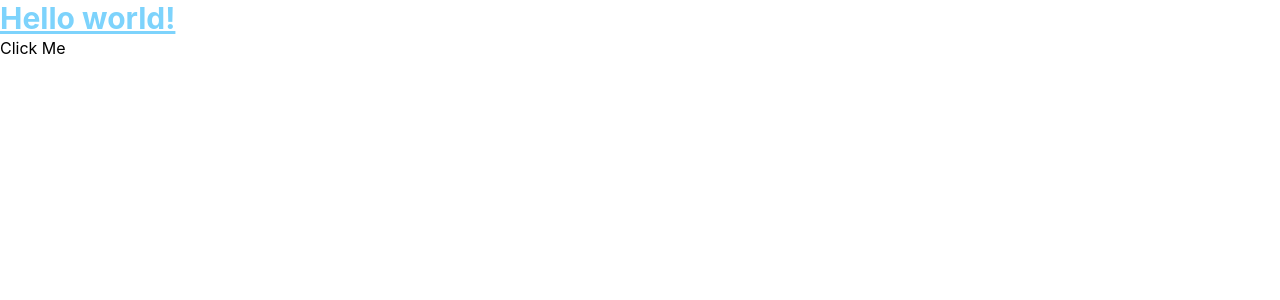
Repository: isabelleoktay/sibelle-website
Page: / (app in front-end/)
These files come from the project's save history. The page is drawn as it stood at one moment and after the next save; the edit follows.
The browser window is 1280 px wide. The pictures show the whole page.
The project was rebuilt for these pictures with package versions that can differ from the ones it lists, and the page was loaded fresh each time. Also part of the build but not shown: front-end/src/App.css.

Above is the page before, as saved 2022-11-30 14:54:50.

### front-end/src/App.js
import './App.css';
import LandingPageButton from './components/landing-page-button';

function App() {
  return (
    <div>
      <h1 className="text-3xl text-sky-300 font-bold underline">
        Hello world!
      </h1>
      <LandingPageButton url="https://www.lanadelrey.com/"/>
    </div>
  );
}

export default App;

### front-end/src/components/landing-page-button.js
import React from 'react';
import { Link } from 'react-router-dom';

const LandingPageButton = props => {
    return (
        <div>
            <button type="button">
                <a href={props.url}>Click Me</a>
            </button>
        </div>
    )
}

export default LandingPageButton;

Loaded but not shown: front-end/public/index.html (common file); front-end/src/index.js (common file); front-end/src/index.css (common file); front-end/src/reportWebVitals.js (common file); front-end/tailwind.config.js (common file)

After the next save:
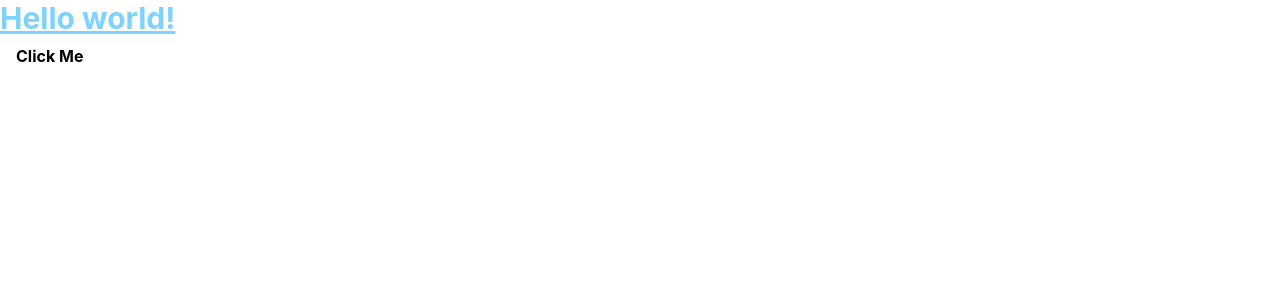
Saved 99 s later.
--- a/front-end/src/components/landing-page-button.js
+++ b/front-end/src/components/landing-page-button.js
@@ -4,7 +4,7 @@ import { Link } from 'react-router-dom';
 const LandingPageButton = props => {
     return (
         <div>
-            <button type="button">
+            <button className="font-bold py-2 px-4 outline-1" type="button">
                 <a href={props.url}>Click Me</a>
             </button>
         </div>
